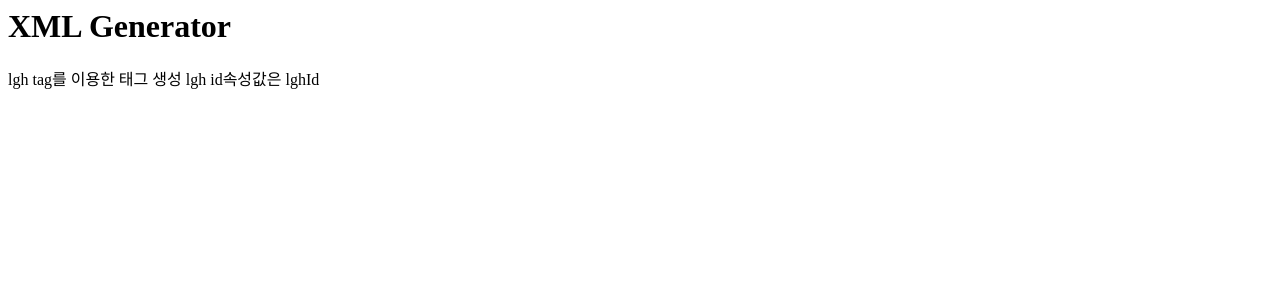
Repository: gh-56/jsp_workspace_al
Page: http://localhost/12_template_page/xml.jsp
An editor plug-in stored every save of this project. The page is shown before and after the next save, followed by the edit.
The browser window is 1280 px wide. The pictures show the whole page.
The page is served by Tomcat 9.

Above is the page before, as saved 2023-10-18 02:28:55.

### 12_template_page/src/main/webapp/xml.jsp
<%@ page language="java" contentType="text/html; charset=UTF-8"
    pageEncoding="UTF-8"%>
<!-- xml.jsp -->
<h1>XML Generator</h1>
<!-- custom tag 추가 -->
<jsp:element name="lgh">
	<jsp:attribute name="id">
		lghId
	</jsp:attribute>
	<jsp:attribute name="class">
		lghClass
	</jsp:attribute>
	<jsp:body>
		lgh tag를 이용한 태그 생성 lgh id속성값은 lghId
	</jsp:body>
</jsp:element>

After the next save:
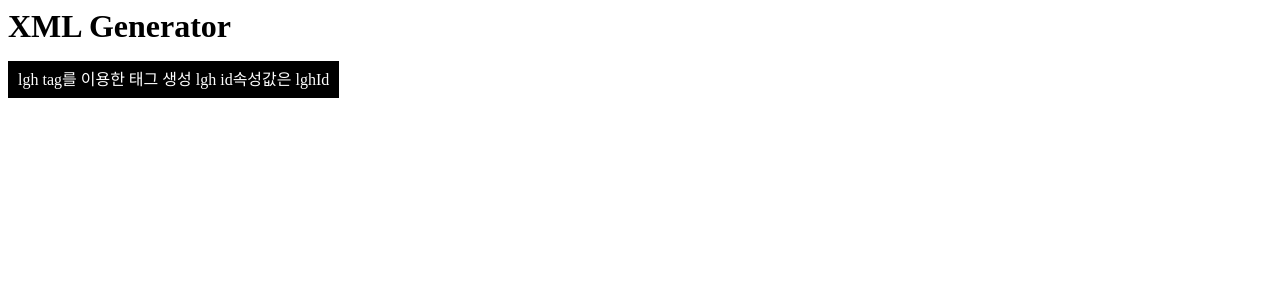
Saved 73 s later.
--- a/12_template_page/src/main/webapp/xml.jsp
+++ b/12_template_page/src/main/webapp/xml.jsp
@@ -1,5 +1,16 @@
 <%@ page language="java" contentType="text/html; charset=UTF-8"
     pageEncoding="UTF-8"%>
+<style>
+	lgh{
+		padding: 10px;
+	}
+	#lghId{
+		color:white;
+	}
+	.lghClass{
+		background:black;
+	}
+</style>
 <!-- xml.jsp -->
 <h1>XML Generator</h1>
 <!-- custom tag 추가 -->
